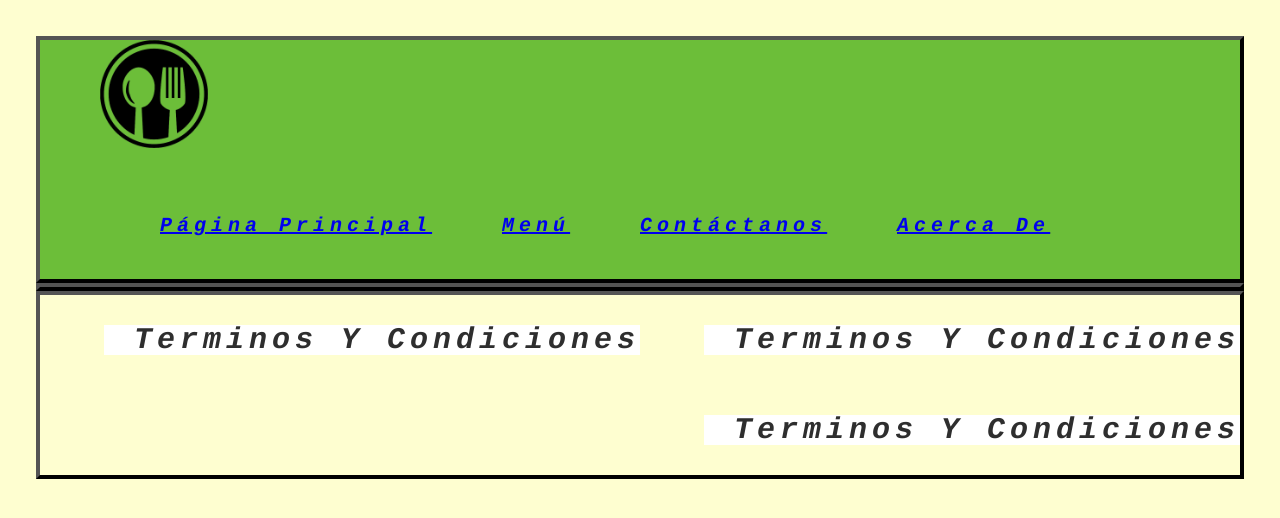
Repository: UVMCoyoacan/eq06_sitio1
Page: Carpeta docs/contactos.html
These files come from the project's save history. The page is drawn as it stood at one moment and after the next save; the edit follows.
The browser window is 1280 px wide. The pictures show the whole page.

Above is the page before, as saved 2024-04-13 22:12:10.

### Carpeta docs/contactos.html
<!DOCTYPE html>
<html>
    <head>
        <link rel="stylesheet" href="../Carpeta estilos/estilo1.css"/>
        <meta charset="utf-8" />
    </head>
    <body>
        <header id="parte_inicial" role="banner">
            <div class="encabezado" style="display: flex;   flex-wrap: wrap;">
                    <div style="flex-wrap:wrap ;">
                    <img width="108" height="108" src="../Carpeta ims/tres.png" >
                    </div>
            <div style="display: flex;   flex-wrap: wrap;">
            <ul >
                <li><a href="../index.html">Página principal</a></li>
                <li><a href="./menu.html">Menú</a></li>
                <li><a href="#">Contáctanos</a></li>
                <li style="float:right"><a class="active" href="../Carpeta docs/acercade.html">Acerca de</a></li>
            </ul>
        </div>
            </div>
        </header>
    <div style="border-style: outset;
    border-color: #000000;
    border-width: .4ch;"></div>
        <div style="border-style: outset;
        border-color: #000000;
        border-width: .4ch;"
        style="text-align: right;">
            <footer >
                <div style="display: flex;   flex-wrap: wrap;">
                    <p>Terminos y condiciones</p>
                    <p>Terminos y condiciones</p>
                    <p>Terminos y condiciones</p>
                </div>

            </footer>
        </div>
    </body>
    <script src="../Carpeta js/js1.js">
    </script>
</html>

### Carpeta estilos/estilo1.css
body{
  background-color:#fefec0be;
  font-size:20px;
  font-family:Courier;
  font-weight:bold;
  font-style:normal;
  line-height:30px;
  letter-spacing:5px;
  padding: 28px;
  text-transform:capitalize;
  text-align:left;
  text-indent:30px;

}
header{
  background-color:#6cbe39;
  font-size:20px;
  font-family:Courier;
  font-weight:bold;
  font-style:italic;
  line-height:60px;
  letter-spacing:5px;
  text-transform:capitalize;
  text-align:left;
  text-indent:60px;
  border-style: outset;
  border-color: #000000;
  border-width: .4ch;

}
li {
  display: inline;
  float: left;
  background-color:#6cbe39;
  font-size:20px;
  font-family:Courier;
  font-weight:bold;
  font-style:oblique;
  line-height:30px;
  letter-spacing:5px;
  text-decoration:underline;
  text-transform:capitalize;
  text-align:left;
  text-indent:30px;
  border-style:inherit;
  border-color: #303130;
  padding: 12px;
}


a {
  display: block;
  padding: 8px;
  background-color:#6cbe39;
}
.active {
  background-color:transparent;

}

#titulo{
  text-decoration: overline underline;
  font-size:30px;
  font-style:oblique;

}

p{

    font-size: 30px;
    font-family: Courier;
    font-weight: bold;
    font-style:italic;
    line-height: 30px;
    letter-spacing: 5px;
    text-transform: capitalize;
    text-align: left;
    text-indent: 30px;
    margin-left: auto;
    color: #2e2e2e;
      background-color: #ffffff;


    }

  ol{

      font-size: 20px;
      font-family: Courier;
      font-weight:200;
      font-style: normal;
      line-height: 30px;
      letter-spacing: 5px;
      text-transform: capitalize;
      text-align: left;
      text-indent: 30px;
      color: #2e2e2e;
      padding-left: 40px;
    }
    h1{
      font-size: 30px;
      font-family: Courier;
      font-weight: bold;
      font-style:italic;
      line-height: 30px;
      letter-spacing: 5px;
      text-transform: capitalize;
      text-align: left;
      text-indent: 30px;
      margin-left: auto;
      color: #2e2e2e;
        background-color: #b3e64c;
    }
    h2 {
      font-size: 30px;
      font-family: Arial, sans-serif;
      font-weight: bold;
      font-style: normal;
      line-height: 1.5;
      letter-spacing: 1px;
      text-transform: uppercase;
      text-align: center;
      color: #333333;
      margin-top: 20px;
      margin-bottom: 20px;
    }
    ul{
      font-size: 18px;
      font-family: Courier;
      font-weight:200;
      font-style:initial;
      line-height: 30px;
      letter-spacing: 4px;
      text-transform: capitalize;
      text-align: left;
      text-indent: 20px;
      color: #000000;
      padding-left: 70px;
      padding-right: 70px;

    }

  h3{
    font-size: 30px;
    font-family: Courier;
    font-weight: bold;
    font-style:italic;
    line-height: 30px;
    letter-spacing: 5px;
    text-transform: capitalize;
    text-align: left;
    text-indent: 30px;
    margin-left: auto;
    color: #2e2e2e;
      background-color: #b3e64c;
  }
  h4 {
    font-size: 30px;
    font-family: Arial, sans-serif;
    font-weight: bold;
    font-style: normal;
    line-height: 1.5;
    letter-spacing: 1px;
    text-transform: uppercase;
    text-align: center;
    color: #333333;
    margin-top: 20px;
    margin-bottom: 20px;
  }

### Carpeta js/js1.js
function redirigirIndex() {
    window.location.href = '../index.html';
}

After the next save:
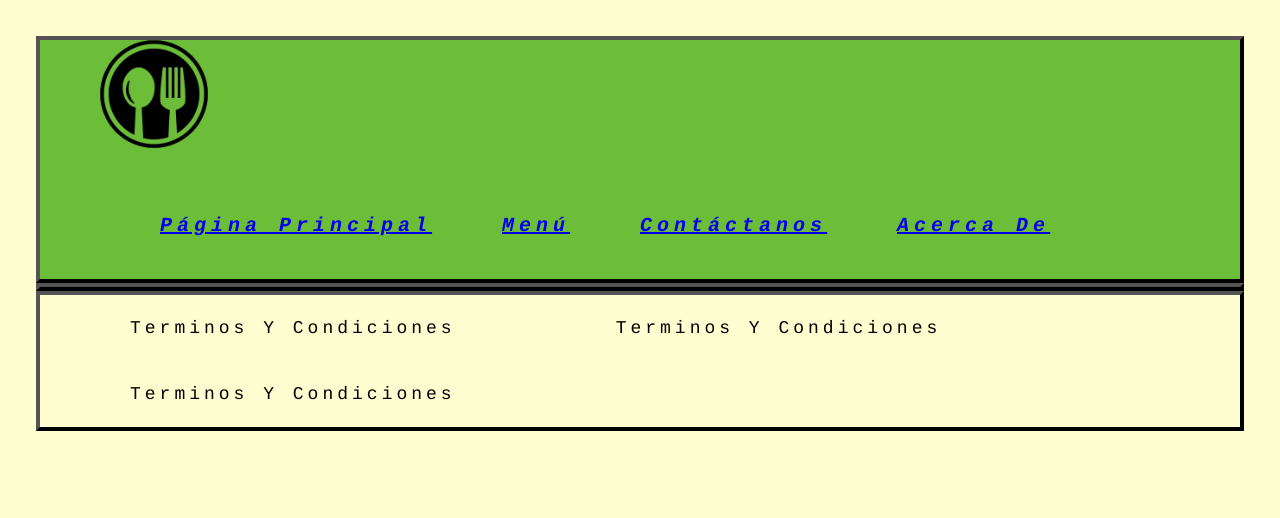
Saved 21 s later.
--- a/Carpeta docs/contactos.html
+++ b/Carpeta docs/contactos.html
@@ -25,13 +25,12 @@
     border-width: .4ch;"></div>
         <div style="border-style: outset;
         border-color: #000000;
-        border-width: .4ch;"
-        style="text-align: right;">
+        border-width: .4ch;">
             <footer >
                 <div style="display: flex;   flex-wrap: wrap;">
-                    <p>Terminos y condiciones</p>
-                    <p>Terminos y condiciones</p>
-                    <p>Terminos y condiciones</p>
+                    <ul>Terminos y condiciones</ul>
+                    <ul>Terminos y condiciones</ul>
+                    <ul>Terminos y condiciones</ul>
                 </div>
 
             </footer>
